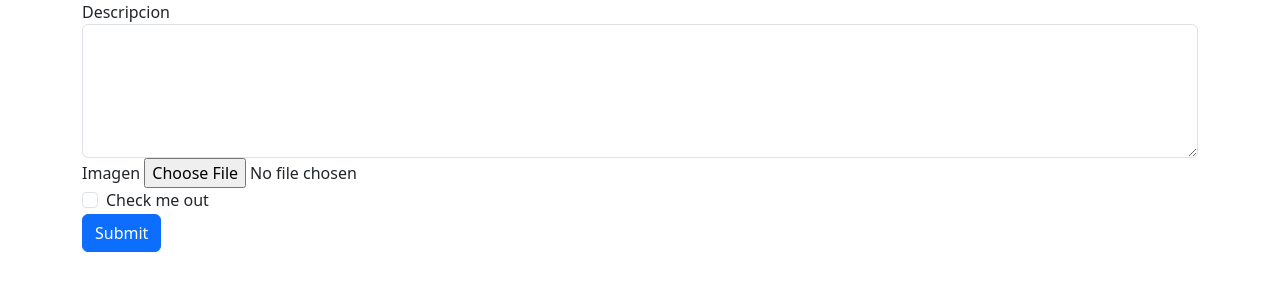
Repository: kevin-meza/pompeyo
Page: http://localhost/post/create
An editor plug-in stored every save of this project. The page is shown before and after the next save, followed by the edit.
The browser window is 1280 px wide. The pictures show the whole page.
The page is served by the project's Laravel application, run on PHP 8.4 with Laravel 10. Other server files are loaded and not shown.

Above is the page before, as saved 2023-05-05 17:13:02.

### routes/web.php
<?php

use Illuminate\Support\Facades\Route;

/*
|--------------------------------------------------------------------------
| Web Routes
|--------------------------------------------------------------------------
|
| Here is where you can register web routes for your application. These
| routes are loaded by the RouteServiceProvider and all of them will
| be assigned to the "web" middleware group. Make something great!
|
*/

Route::get('/', function () {
    return view('auth/login');
});

Auth::routes();

Route::get('/home', [App\Http\Controllers\HomeController::class, 'index'])->name('home');

Route::resource('/comentar',App\Http\Controllers\comentarioController::class);
Route::post('/comentar/store', [App\Http\Controllers\comentarioController::class,'store'])->name('comentar.store');

Route::resource('/post',App\Http\Controllers\postController::class);

### app/Http/Controllers/postController.php
<?php

namespace App\Http\Controllers;

use Illuminate\Http\Request;

class postController extends Controller
{
    /**
     * Display a listing of the resource.
     */
    public function index()
    {
        //
    }

    /**
     * Show the form for creating a new resource.
     */
    public function create()
    {
        //
        return view ("post/form");
    }

    /**
     * Store a newly created resource in storage.
     */
    public function store(Request $request)
    {
        //
    }

    /**
     * Display the specified resource.
     */
    public function show(string $id)
    {
        //
    }

    /**
     * Show the form for editing the specified resource.
     */
    public function edit(string $id)
    {
        //
    }

    /**
     * Update the specified resource in storage.
     */
    public function update(Request $request, string $id)
    {
        //
    }

    /**
     * Remove the specified resource from storage.
     */
    public function destroy(string $id)
    {
        //
    }
}

### resources/views/post/form.blade.php
<!DOCTYPE html>
<html lang="en">
<head>
    <meta charset="UTF-8">
    <meta name="viewport" content="width=device-width, initial-scale=1.0">
    <meta http-equiv="X-UA-Compatible" content="ie=edge">
    <link href="https://cdn.jsdelivr.net/npm/bootstrap@5.3.0-alpha3/dist/css/bootstrap.min.css" rel="stylesheet" integrity="sha384-KK94CHFLLe+nY2dmCWGMq91rCGa5gtU4mk92HdvYe+M/SXH301p5ILy+dN9+nJOZ" crossorigin="anonymous">
<script src="https://cdn.jsdelivr.net/npm/bootstrap@5.2.3/dist/js/bootstrap.min.js" integrity="sha384-cuYeSxntonz0PPNlHhBs68uyIAVpIIOZZ5JqeqvYYIcEL727kskC66kF92t6Xl2V" crossorigin="anonymous"></script>
    <title>Document</title>
</head>
<body>
    <div class="container">
    <form>
        <div class="form-group">
          <label for="exampleInputEmail1">Descripcion</label>

            <textarea class="form-control" name="descripcion" id="" cols="10" rows="5"></textarea>
        {{-- </div><br> --}}
        <div class="form-group">
          <label for="exampleInputPassword1">Imagen</label>
          <input type="file" name="imagen" id="imagen">
        </div>
        <div class="form-check">
          <input type="checkbox" class="form-check-input" id="exampleCheck1">
          <label class="form-check-label" for="exampleCheck1">Check me out</label>
        </div>
        <button type="submit" class="btn btn-primary">Submit</button>
      </form>

</div>

</body>
</html>

Loaded but not shown: app/Http/Controllers/Auth/ConfirmPasswordController.php (common file); app/Http/Controllers/Controller.php (common file)

After the next save:
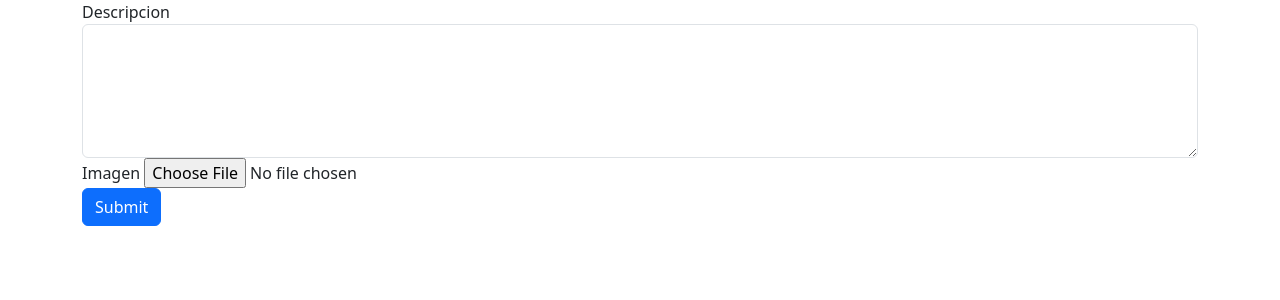
Saved 9 s later.
--- a/resources/views/post/form.blade.php
+++ b/resources/views/post/form.blade.php
@@ -20,10 +20,10 @@
           <label for="exampleInputPassword1">Imagen</label>
           <input type="file" name="imagen" id="imagen">
         </div>
-        <div class="form-check">
+        {{-- <div class="form-check">
           <input type="checkbox" class="form-check-input" id="exampleCheck1">
           <label class="form-check-label" for="exampleCheck1">Check me out</label>
-        </div>
+        </div> --}}
         <button type="submit" class="btn btn-primary">Submit</button>
       </form>
 
